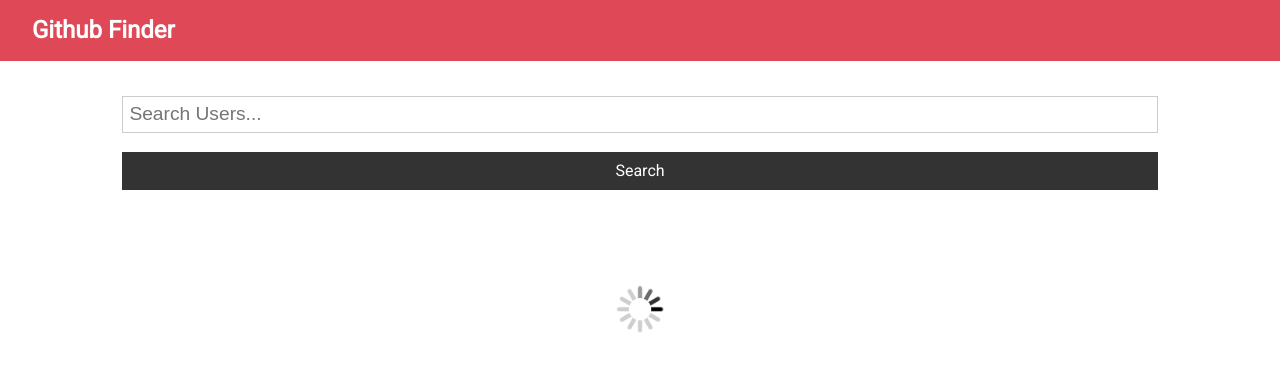
Repository: lamilekan263/githu_finder
Page: /
An editor plug-in stored every save of this project. The page is shown before and after the next save, followed by the edit.
The browser window is 1280 px wide. The pictures show the whole page.
The page's requests for data from a server got no answer. The project was rebuilt for these pictures with package versions that can differ from the ones it lists, and the page was loaded fresh each time. No one was signed in, and anything a server would have sent is missing. Also part of the build but not shown: src/component/UserProfile/Userprofile.jsx.

Above is the page before, as saved 2020-07-22 13:35:33.

### public/index.html
<!DOCTYPE html>
<html lang="en">
  <head>

    <meta name="viewport" content="width=device-width, initial-scale=1" />
    <meta name="theme-color" content="#000000" />
    <meta
      name="description"
      content="Web site created using create-react-app"
    />

    <!--
      manifest.json provides metadata used when your web app is installed on a
      user's mobile device or desktop. See https://developers.google.com/web/fundamentals/web-app-manifest/
    -->

    <!--
      Notice the use of %PUBLIC_URL% in the tags above.
      It will be replaced with the URL of the `public` folder during the build.
      Only files inside the `public` folder can be referenced from the HTML.

      Unlike "/favicon.ico" or "favicon.ico", "%PUBLIC_URL%/favicon.ico" will
      work correctly both with client-side routing and a non-root public URL.
      Learn how to configure a non-root public URL by running `npm run build`.
    -->
    <title>React App</title>
  </head>
  <body>
    <noscript>You need to enable JavaScript to run this app.</noscript>
    <div id="root"></div>
    <!--
      This HTML file is a template.
      If you open it directly in the browser, you will see an empty page.

      You can add webfonts, meta tags, or analytics to this file.
      The build step will place the bundled scripts into the <body> tag.

      To begin the development, run `npm start` or `yarn start`.
      To create a production bundle, use `npm run build` or `yarn build`.
    -->
  </body>
</html>

### src/App.js
import React, { Component } from 'react';
import axios from 'axios'
import Navbar from './component/layout/Navbar/Navbar.Component';
import Users from './component/UserProfile/Users'
import Search from './component/UserProfile/Search'
import './App.css';

class App extends Component {
  constructor(){
    super();
    this.state ={
      users : [],
      loading : false
    }
  }

  async componentDidMount(){
    this.setState({loading : true})
    const res = await axios.get(`https://api.github.com/users?client_id=${process.env.REACT_APP_GITHUB_CLIENT_ID}&${process.env.REACT_APP_GITHUB_CLIENT_SECRET}`)
    this.setState({users : res.data, loading : false},)
  }


  // search Github users
  searchUsers = async text =>{
    const res = await axios.get(`https://api.github.com/search/users?q=${text}&client_id=${process.env.REACT_APP_GITHUB_CLIENT_ID}&${process.env.REACT_APP_GITHUB_CLIENT_SECRET}`)
    this.setState({users : res.data.items, loading : false},)
  }
  render(){
  return (
    <div className="App">
      <Navbar/>
      <div className="container">
        <Search searchUsers = {this.searchUsers} />
        <Users loading={this.state.loading} users = {this.state.users}/>
      </div>

    </div>
  )
  }
}

export default App;

### src/component/layout/Navbar/Navbar.Component.jsx
import React from 'react';
import PropTypes from 'prop-types'

const Navbar = ({icon, title}) => {
        return(
            <nav className="navbar bg-primary">
            <h1>
                <i className={icon}/>{title}
            </h1>
        </nav>
        )
}

Navbar.defaultProps ={
    title : "Github Finder",
    icon : "fab fa-github"
};
Navbar.propTypes = {
    title : PropTypes.string.isRequired,
    icon : PropTypes.string.isRequired
}


export default Navbar;

### src/component/UserProfile/Users.jsx
import React  from 'react'
import Spinner from '../spinner.jsx'
import UserProfile from './Userprofile'
import PropTypes from 'prop-types'
const Users= ({users, loading}) => (
    <div>{
        loading ? <Spinner/> :

                <div style={userStyle}>
                    {
                    users.map(user =>(
                            <UserProfile  key={user.id} user={user}/>
                        ))
                    }
                </div>
        }
    </div>
)
const userStyle = {
    display : 'grid',
    gridTemplateColums : 'repeat(3, 1fr)',
    gridGap :'1rem'
}

Users.proptype ={
    Users : PropTypes.array.isRequired,
    loading : PropTypes.bool.isRequired
}
export default Users

### src/component/UserProfile/Search.jsx
import React, { Component } from 'react'

 class Search extends Component {
     constructor(){
         super();

         this.state ={
             text : ""
         }
     }
     onChange  =(e) =>{
        this.setState({text: e.target.value})
     }
     onSubmit = (e) =>{
        e.preventDefault();
        this.props.searchUsers(this.state.text)
        this.setState({text : ''})
     }
    render() {
        return (
            <div>
                <form className="form" onSubmit= {this.onSubmit}>
                    <input type="text" name="text" placeholder="Search Users..." onChange={this.onChange} value={this.state.text}/>
                    <input type="submit" value="Search" className="btn btn-dark btn-block"/>
                </form>
            </div>
        )
    }
}

export default Search

### src/component/spinner.jsx
import React, {Fragment} from 'react'
import Spinner from './spinner.gif'



 const spinner = () =>  <Fragment>
            <img src={Spinner} alt="a laoding spinner pic" style={{width: '200px', margin: 'auto', display:'block'}}/>
        </Fragment>


export default spinner

Loaded but not shown: src/index.js (common file); src/index.css (common file); src/App.css (common file)

After the next save:
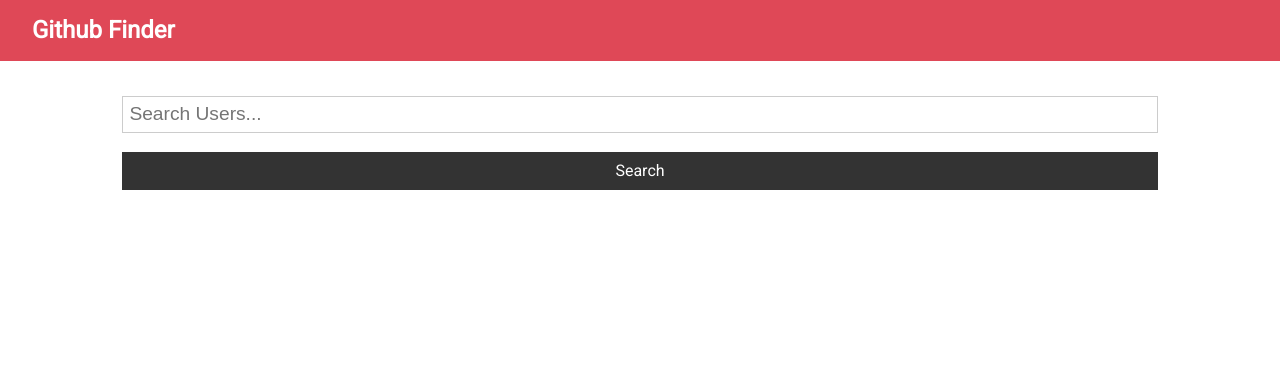
Saved 2 min 35 s later.
--- a/src/App.js
+++ b/src/App.js
@@ -14,11 +14,11 @@
     }
   }
 
-  async componentDidMount(){
-    this.setState({loading : true})
-    const res = await axios.get(`https://api.github.com/users?client_id=${process.env.REACT_APP_GITHUB_CLIENT_ID}&${process.env.REACT_APP_GITHUB_CLIENT_SECRET}`)
-    this.setState({users : res.data, loading : false},)
-  }
+  // async componentDidMount(){
+  //   this.setState({loading : true})
+  //   const res = await axios.get(`https://api.github.com/users?client_id=${process.env.REACT_APP_GITHUB_CLIENT_ID}&${process.env.REACT_APP_GITHUB_CLIENT_SECRET}`)
+  //   this.setState({users : res.data, loading : false},)
+  // }
 
 
   // search Github users
